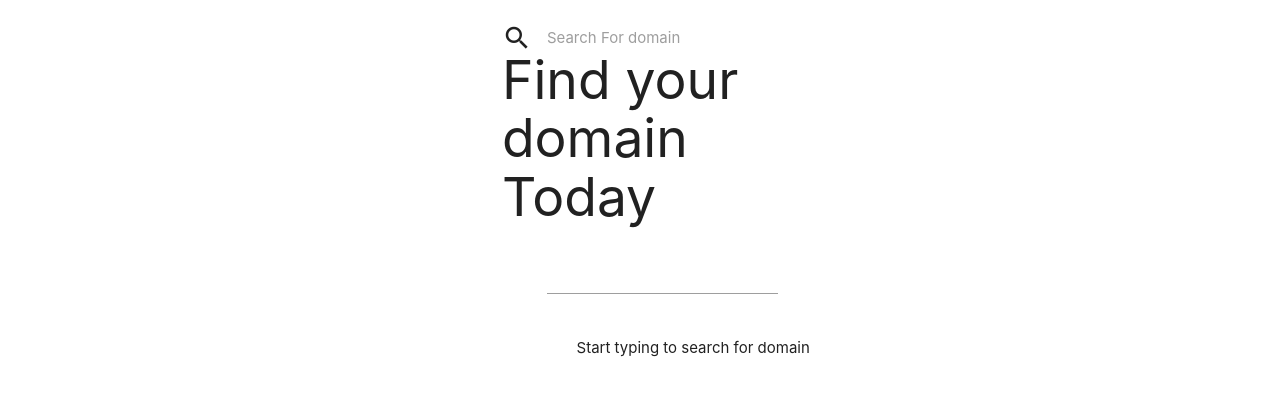
Repository: habib-urrehmaan/domain-name-searcher
Page: / (app in client/)
The author's editor kept a copy of each file at every save. The page is drawn from the files as they stood at one save, then again after the next save.
The browser window is 1280 px wide. The pictures show the whole page.
The project was rebuilt for these pictures with package versions that can differ from the ones it lists, and the page was loaded fresh each time.

Above is the page before, as saved 2020-04-17 18:11:56.

After the next save:
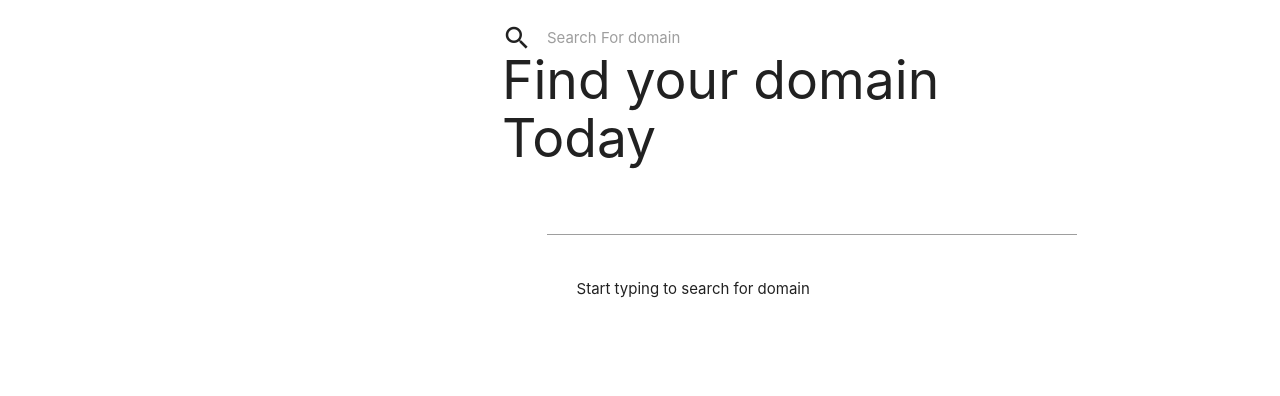
Saved 14 s later.
--- a/client/src/Search.js
+++ b/client/src/Search.js
@@ -28,7 +28,7 @@ class Search extends Component {
         return (
             <div>
                 <div className="row">
-                    <div className="input-field col offset-s4 s4">
+                    <div className="input-field col offset-s4">
                         <h2>Find your domain Today</h2>
                         <i className="material-icons prefix">search</i>
                         <input id="search" type="text" className="validate" onChange={this.onChangeHandler}/>
